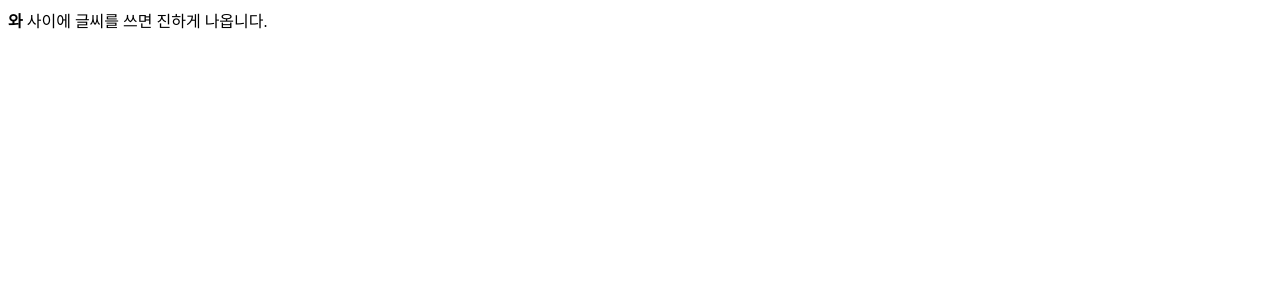
Repository: AkaKSR/Java_Convergence_New
Page: HTML0826/WebContent/Ex07.html
The author's editor kept a copy of each file at every save. The page is drawn from the files as they stood at one save, then again after the next save.
The browser window is 1280 px wide. The pictures show the whole page.

Above is the page before, as saved 2019-08-26 07:51:19.

After the next save:
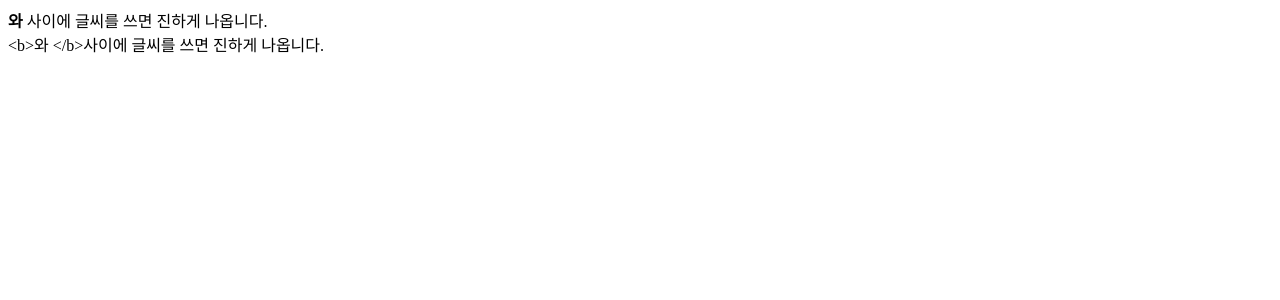
Saved 68 s later.
--- a/HTML0826/WebContent/Ex07.html
+++ b/HTML0826/WebContent/Ex07.html
@@ -6,5 +6,6 @@
 </head>
 <body>
 	<b>와 </b>사이에 글씨를 쓰면 진하게 나옵니다.<br>
+	&lt;b&gt;와 &lt;/b&gt;사이에 글씨를 쓰면 진하게 나옵니다.<br>
 </body>
 </html>
